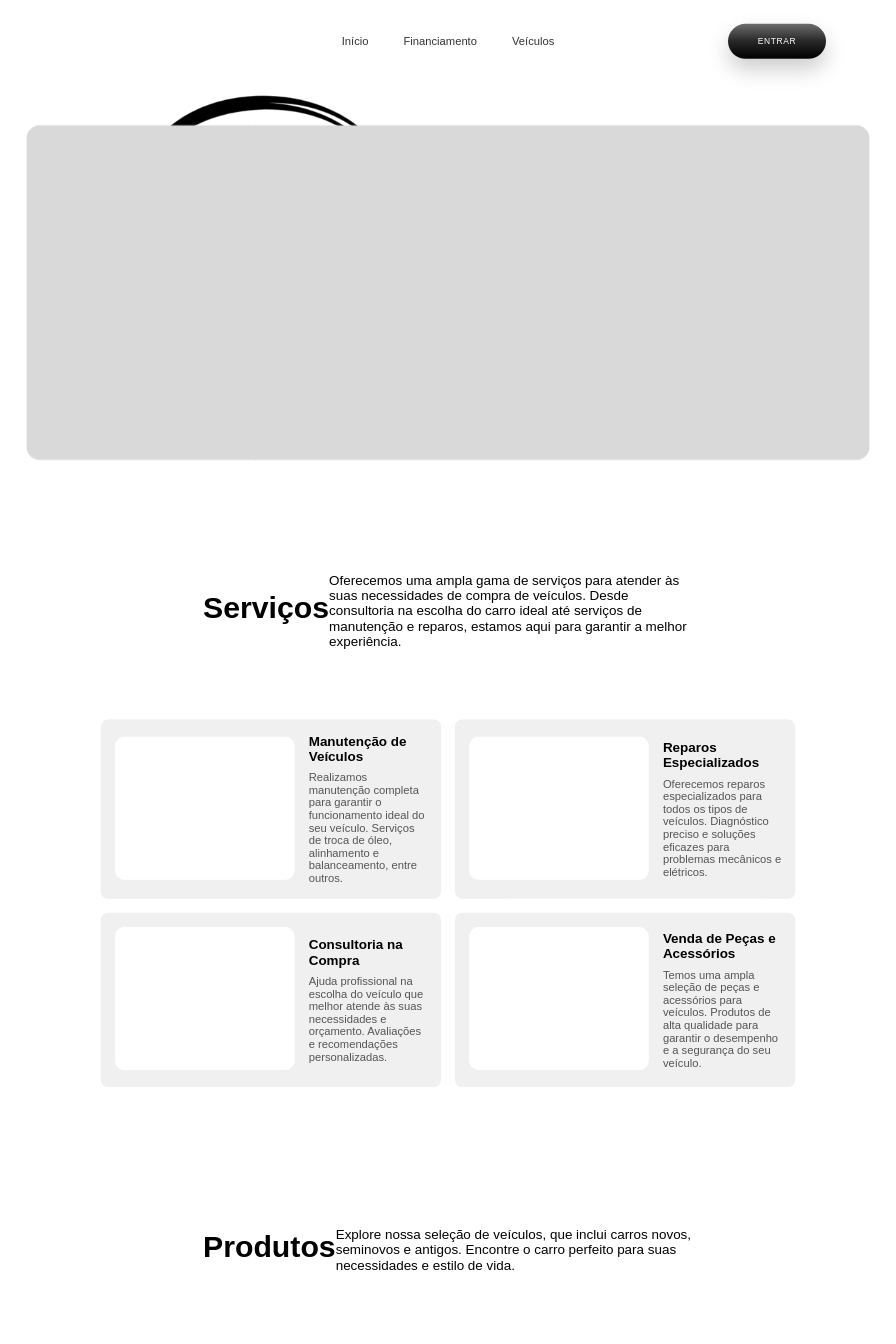
Repository: Matheus904-12/Reforma
Page: index.html
The author's editor kept a copy of each file at every save. The page is drawn from the files as they stood at one save, then again after a run of saves.
The browser window is 1280 px wide. The pictures show the part of the page from y = 0 to 1920 px (the page is 4195 px tall), at 70% of full size.
Some web libraries are served in a nearby version.

Above is the page before, as saved 2024-08-05 19:58:57.
Console error (its wording comes from the project's code and is left out).

After the next 2 saves:
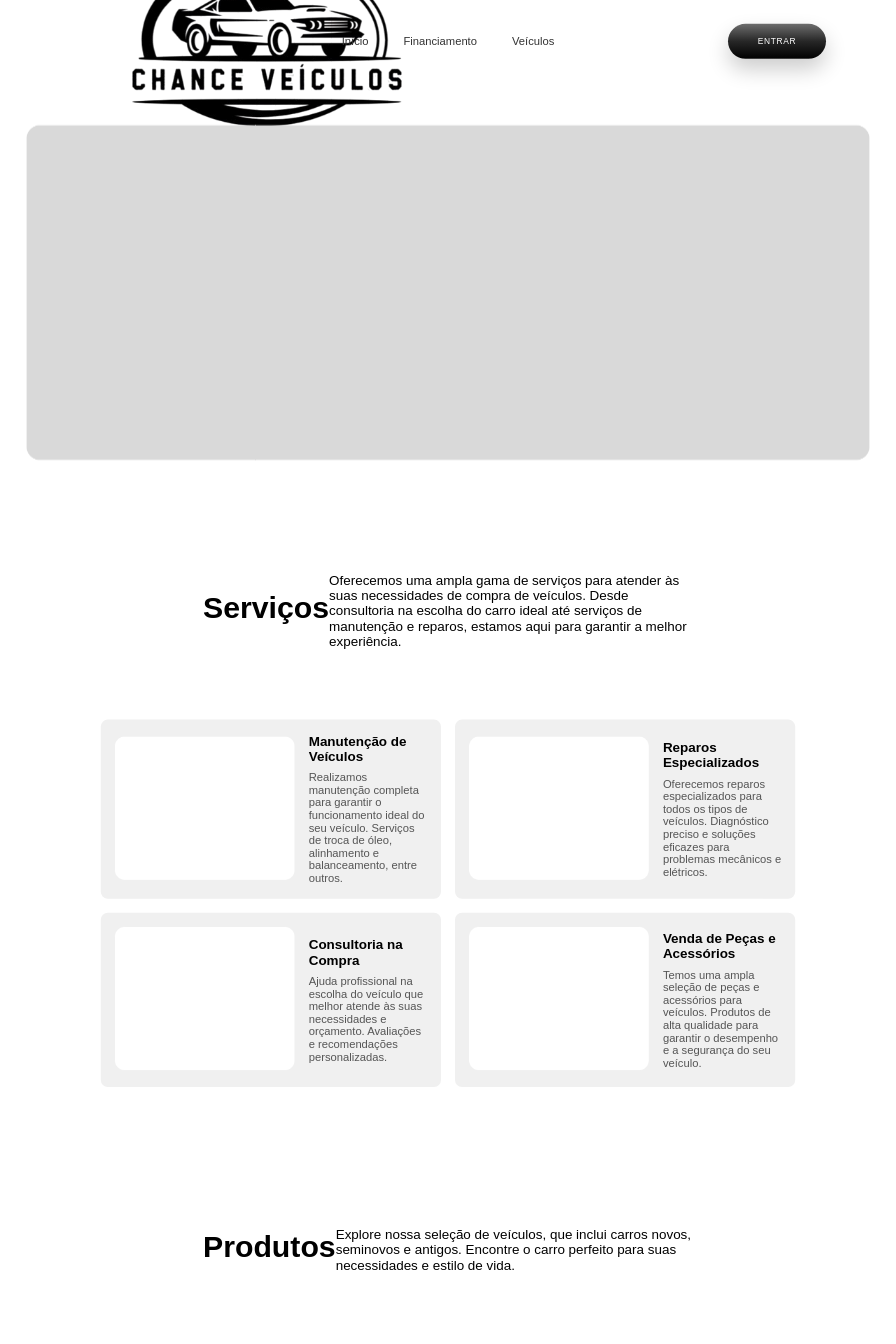
The 2 saves are shown as one change because they came seconds apart.
The last was saved 24 s later.
--- a/styles.css
+++ b/styles.css
@@ -32,8 +32,6 @@ header {
     font-size: 1.5em;
     color: #333;
     font-weight: bold;
-    width: 45px;
-    height: 45px;
 }
 
 .nav-links {
